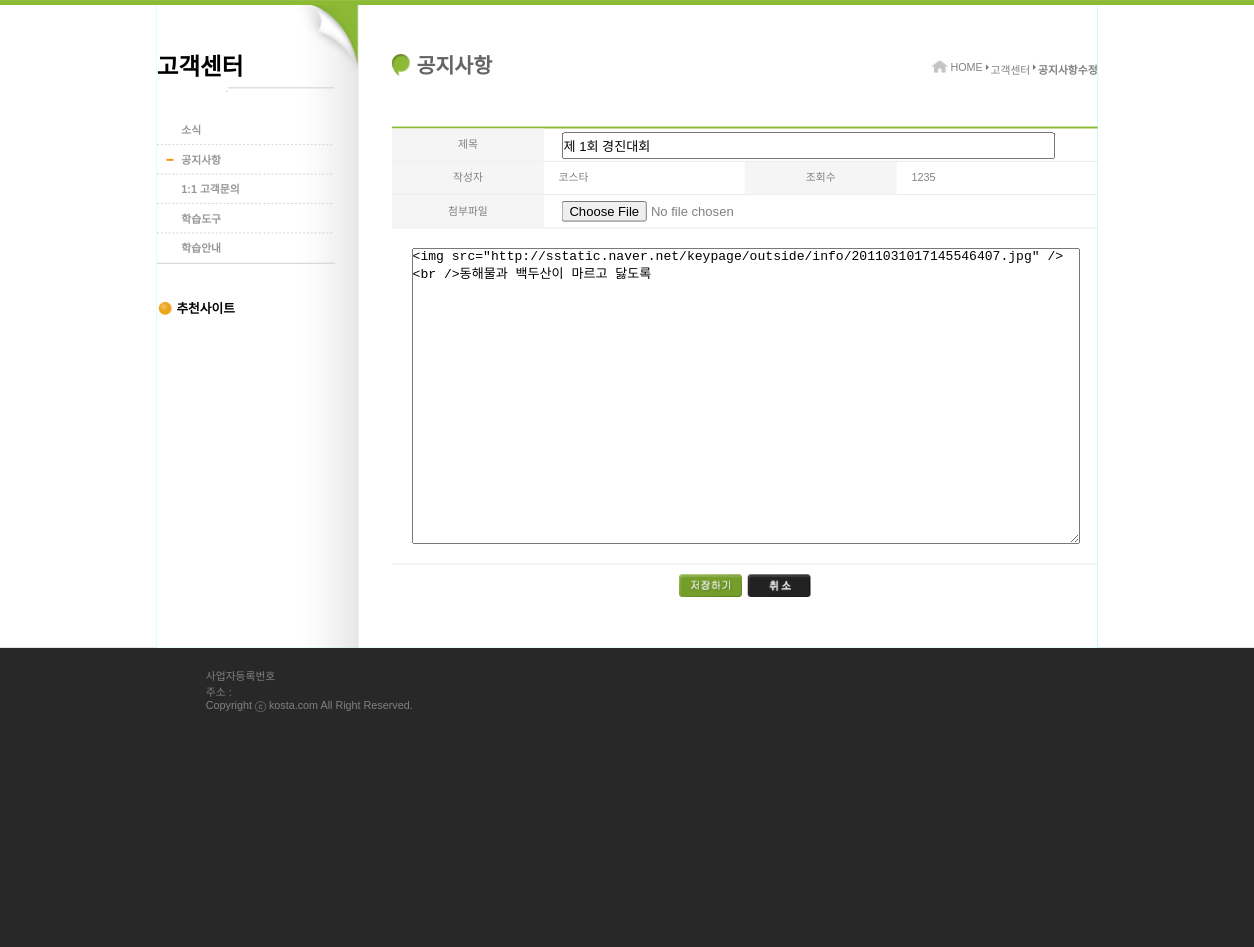
Repository: Ahn-Seung-ju/SpringLab
Page: http://localhost/SpringMVC_Basic04_WebSite_Annotation/customer/noticeEdit.jsp
These files come from the project's save history. The page is drawn as it stood at one moment and after the next save; the edit follows.
The browser window is 1280 px wide. The pictures show the part of the page from y = 245 to 1211 px (the page is 1211 px tall), at 98% of full size.
The page is served by Tomcat 9. Other server files are loaded and not shown.

Above is the page before, as saved 2021-05-07 02:16:21.

### SpringMVC_Basic04_WebSite_Annotation/WebContent/customer/noticeEdit.jsp
<%@ page language="java" contentType="text/html; charset=UTF-8"
    pageEncoding="UTF-8"%>
<!DOCTYPE html PUBLIC "-//W3C//DTD XHTML 1.0 Transitional//EN"
"http://www.w3.org/TR/xhtml1/DTD/xhtml1-transitional.dtd">

<html xmlns="http://www.w3.org/1999/xhtml" xml:lang="en" lang="en">
	<head>
		<meta http-equiv="Content-Type" content="text/html; charset=utf-8"/>
		<title>index</title>
		<link href="../css/customer.css" type="text/css" rel="stylesheet" />
	</head>
	<body>
		<div id="header">
			<div class="top-wrapper">
				<h1 id="logo"><a href="/"><img src="" alt="로고" /></a></h1>
				<h2 class="hidden">메인메뉴</h2>
				<ul id="mainmenu" class="block_hlist">
					<li>
						<a href="">kosta가이드</a>
					</li>
					<li>
						<a href="" >kosta과정</a>
					</li>
					<li>
						<a href="" >kosta</a>
					</li>
				</ul>
				<form id="searchform" action="" method="get">
					<fieldset>
						<legend class="hidden">
							과정검색폼
						</legend>
						<label for="query">과정검색</label>
						<input type="text" name="query" />
						<input type="submit" class="button" value="검색" />
					</fieldset>
				</form>
				<h3 class="hidden">로그인메뉴</h3>
				<ul id="loginmenu" class="block_hlist">
					<li>
						<a href="../index.jsp">HOME</a>
					</li>
					<li>
						<a href="../joinus/login.jsp">로그인</a>
					</li>
					<li>
						<a href="../joinus/join.jsp">회원가입</a>
					</li>
				</ul>
				<h3 class="hidden">회원메뉴</h3>
				<ul id="membermenu" class="clear">
					<li>
						<a href=""><img src="../images/menuMyPage.png" alt="마이페이지" /></a>
					</li>
					<li>
						<a href="notice.jsp"><img src="../images/menuCustomer.png" alt="고객센터" /></a>
					</li>
				</ul>
			</div>
		</div>
		<div id="visual" class="customer">
			<div class="top-wrapper">

			</div>
		</div>
		<div id="main">
			<div class="top-wrapper clear">
				<div id="content">
					<h2>공지사항</h2>
					<h3 class="hidden">방문페이지위치</h3>
					<ul id="breadscrumb" class="block_hlist">
						<li>HOME</li>
						<li>
							고객센터
						</li>
						<li>
							공지사항수정
						</li>
					</ul>
					<form action="" method="post">
					<div id="notice-article-detail" class="article-detail margin-large" >
						<dl class="article-detail-row">
							<dt class="article-detail-title">
								제목
							</dt>
							<dd class="article-detail-data">
								&nbsp;<input name="title" value="제 1회 경진대회 " />
							</dd>
						</dl>
						<dl class="article-detail-row half-row">
							<dt class="article-detail-title">
								작성자
							</dt>
							<dd class="article-detail-data half-data" >
								코스타
							</dd>
						</dl>
						<dl class="article-detail-row half-row">
							<dt class="article-detail-title">
								조회수
							</dt>
							<dd class="article-detail-data half-data">
								1235
							</dd>
						</dl>
						<dl class="article-detail-row">
							<dt class="article-detail-title">
								첨부파일
							</dt>
							<dd class="article-detail-data">
								&nbsp;<input type="file" id="txtFile" name="file" />
							</dd>
						</dl>

						<div class="article-content" >
							<textarea id="txtContent" class="txtContent" name="content"><img src="http://sstatic.naver.net/keypage/outside/info/2011031017145546407.jpg" /><br />동해물과 백두산이 마르고 닳도록
							</textarea>
						</div>
					</div>
					<p class="article-comment margin-small">
						<a class="btn-save button" href="noticeEditProc.jsp">수정</a>
						<a class="btn-cancel button" href="noticeDetail.jsp">취소</a>
					</p>
					</form>
				</div>
				<div id="navi">
					<h2>고객센터</h2>
					<h3 class="hidden">고객센터메뉴</h3>
					<ul id="navi-menu">
						<li>
							<a href="">소식</a>
						</li>
						<li>
							<a href="" class="current">공지사항</a>
						</li>
						<li>
							<a href="">1:1 고객문의</a>
						</li>
						<li>
							<a href="">학습도구</a>
						</li>
						<li>
							<a href="">학습안내</a>
						</li>
					</ul>
					<h3 id="fav-title">추천사이트</h3>
					<ul class="margin-small">
						<li>
							<a href=""><img src="" alt="" /></a>
						</li>
						<li>
							<a href=""><img src="" alt="" /></a>
						</li>
						<li>
							<a href=""><img src="" alt="" /></a>
						</li>
					</ul>
				</div>
			</div>
		</div>
		<div id="footer">
			<div class="top-wrapper">
				<h2><img src="" alt=""/></h2>
				<p>
					<address id="ad">
						사업자등록번호
						<br/>
						주소 :
					</address>
				</p>
				<p>
					Copyright ⓒ kosta.com All Right Reserved. </p>
			</div>
		</div>
	</body>
</html>

### SpringMVC_Basic04_WebSite_Annotation/WebContent/css/reset.css
@charset "utf-8";

/* 요소(element) 여백 초기화  */
html, body,
div, span,
dl, dt, dd, ul, ol, li,
h1, h2, h3, h4, h5, h6,
blockquote, p, address, pre, cite,
form, fieldset, input, textarea, select,
table, th, td {
	margin:0;
	padding:0;
	}

/* 제목요소 */
h1, h2, h3, h4, h5, h6 {
	font-size:100%;
	font-weight:normal;
	}

/* 테두리 없애기 */
fieldset, img, abbr,acronym { border:0 none; }

/* 목록 */
ol, ul { list-style:none; }

/* 테이블 - 마크업에 'cellspacing="0"' 지정 함께 필요 */
table {
	border-collapse: separate;
	border-spacing:0;
	border:0 none;
	}
caption, th, td {
	text-align:left;
	font-weight: normal;
}

/* 텍스트 관련 요소 초기화 */
address, caption, strong, em, cite {
	font-weight:normal;
	font-style:normal;
	}
ins { text-decoration:none; }
del { text-decoration:line-through; }

/* 인용문 */
blockquote:before, blockquote:after, q:before, q:after { content:""; }
blockquote,q { quotes:"" ""; }

/* 수평선*/
hr { display:none; }

### SpringMVC_Basic04_WebSite_Annotation/WebContent/css/base.css
body {
	color:#808080;
	font-size: 11px;
	font-family:"맑은 고딕", "고딕", sans-serif;
}

a{
	color:#979797;
	text-decoration: none;
}

.strong
{
	color:#fd7e00;
	font-weight: bold;
}

.hidden
{
	display: none !important;
}

.clear:after
{
	content:".";
	display:block;
	visibility:hidden;
	height:0px;
	clear:both;
}

.block_hlist:after
{
	content:".";
	display:block;
	visibility:hidden;
	height:0px;
	clear:both;
}

.block_hlist li
{
	display:block;
	float: left;
}

.block_hlist > li:first-child
{
	padding-left: 0px !important;
	background: none !important;
}

.margin-large
{
	margin-top: 49px;
}

 .margin-small
 {
 	margin-top: 10px;
 }

.pager{
	display: inline-block;
}

.pager p a,
.pager p span
{
	width:15px;
	height: 15px;
}

.pager p:first-child a,
.pager p:first-child span
{
	background: url("../images/btnPrev.png") no-repeat left top;
}

.pager p:last-child a,
.pager p:last-child span
{
	background: url("../images/btnNext.png") no-repeat left top;
}

.pager ul
{

}

.pager p,
.pager ul,
.pager li
{
	float:left;
}

.pager ul li
{
	margin-left: 3px;
	margin-right: 3px;
}

.pager ul li a:hover{
	text-decoration: underline;
}

.button{
	display:inline-block;
	border:0px;
	text-indent: -999px;
	overflow: hidden;
	cursor:pointer;
}

.btn-list {
    width: 64px;
    height: 23px;
    background: url("../images/buttons.png") no-repeat -71px 0px;
}

.btn-cancel{
	width: 64px;
    height: 23px;
    background: url("../images/buttons.png") no-repeat -184px 0px;
}

.btn-write{
	width: 71px;
    height: 23px;
    background: url("../images/buttons.png") no-repeat 0px 0px;
}

.btn-edit{
	width: 64px;
    height: 23px;
    background: url("../images/buttons.png") no-repeat -71px -23px;
}

.btn-del{
	width: 67px;
    height: 23px;
    background: url("../images/buttons.png") no-repeat -184px -23px;
}

.btn-save{
	width: 67px;
    height: 23px;
    background: url("../images/btnSave.png") no-repeat 0px 0px;
    vertical-align: top;
}

.article-search-form{
	height: 21px;
}

.article-search-form select,
.article-search-form input
{
	display: block;
	float: left;
	margin-left: 3px;
	height: 21px;
	line-height: 21px;
}
.article-search-form input[type="text"]
{
	border:1px solid #8CBA34;
	width:150px;
}
.article-search-form input[type="submit"]
{
	cursor:pointer;
	border:0px;
	text-indent: -999px;
	overflow: hidden;
	width:49px;
	height: 23px;
	background: url("../images/btnSearch.png") no-repeat left top;
}

#mainmenu li {
	font-size: 15px;
	font-weight: bold;
	padding-left: 24px;
	background: url("../images/bgMainMenuSp.png") no-repeat 12px center;
}

#mainmenu li a
{
	color:#000;
	text-decoration: none;
}

#mainmenu li a:hover
{
	color:#FD7E00;
}

#searchform{
	border:5px solid #8CBA34;
	width:308px;
	height: 25px;
}

#searchform label,#searchform input
{
	display: block;
	float: left;
	height: 25px;
	line-height: 25px;
	text-align: center;
}

#searchform label{
	font-weight: bold;
	width:60px;
}

#searchform input[type="text"]
{
	border:0px;
	width:217px;
	text-align: left;
	font-weight: bold;
	color:#646464;
}

#searchform input[type="submit"]
{
	float:right;
	background: url(../images/btnZoom.png) no-repeat left top;
	border-left:1px solid #8CBA34;
	width:31px;
	cursor: pointer;
}

#loginmenu li
{
	font-size:10px;
	font-weight:bold;
	float:left;
	padding-left: 9px;
	background: url("../images/bgLoginMenuSp.png") no-repeat 5px center;
}

#loginmenu li a{
	color:#979797;
	text-decoration: none;
}

#loginmenu li a:hover{
	color:#979797;
	text-decoration: underline;
}

#membermenu li
{
	float:left;
}

#navi h2{
	font-size:24px;
	color:#000;
	font-weight: bold;
	padding-top:43px;
}

#navi-menu
{
	width:182px;
	font-weight: bold;
}

#navi-menu li
{
	height: 30px;
	line-height: 30px;
	background: url(../images/imgHSpLine.png) no-repeat left bottom;
}

#navi-menu li:last-child
{
	background: none;
	border-bottom: 1px solid #CECECE;
}

#navi-menu li a
{
	display:block;
	text-indent: 25px;
}

#navi-menu li a:hover
{
	background: url(../images/iconCurrent.png) no-repeat 10px center;
}

#navi-menu li a.current
{
	background: url(../images/iconCurrent.png) no-repeat 10px center;
}


#fav-title
{
	text-indent:20px;
	font-size:13px;
	font-weight:bold;
	color:#000000;
	background: url(../images/iconFavorite.png) no-repeat left center;
}


#content h2
{
	color:#646464;
	display:inline;
	font-weight:bold;
	font-size: 21px;
	padding-left: 25px;
	background: url("../images/iconTitle.png") no-repeat left center;
}

#breadscrumb li
{
	float: left;
	padding-left: 8px;
	background: url("../images/iconPath.png") no-repeat left 0px;
}

#breadscrumb li:first-child
{
	padding-left: 20px !important;
	background: url("../images/iconHome.png") no-repeat left center !important;
}

#breadscrumb li:last-child
{
	font-weight: bold;
}

.article-list
{
	border-spacing:0px;
 	padding:0px;
	border-collapse:collapse;
	width:720px;
	border-top: 2px solid #8CBA34;
}

.article-list thead{
	background: #f5f5f5;
}

.article-list tr
{
	height: 30px;
	line-height: 30px;
}

.article-list th,
.article-list td
{
	border-bottom: 1px solid #e9e9e9;
	text-align: center;
	display:block;
	float:left;
	padding:0px;
	white-space: nowrap;
	overflow: hidden;
	text-overflow: ellipsis;
}

.article-list th
{
	background: url("../images/bgSpTitle.png") no-repeat left center;
}
.article-list th:first-child
{
	background: none;
}

.seq{
	width:60px;
}

.title{
	width:400px;
}

td.title{
	text-align: left;
	text-indent: 5px;
}

td.title a:hover{
	text-decoration: underline;
}

.writer
{
	width:100px;
}

.regdate
{
	width:100px;
}

.hit{
	width:60px;
}

.article-detail
{
	width:720px;
	border-top: 2px solid #8CBA34;
}

.article-detail-row
{
	height: 33px;
	line-height: 33px;
	border-bottom: 1px solid #E9E9E9;
	clear: both;
}

.article-detail-title
{
	width:155px;
	background: #f5f5f5;
	text-align:center;
	float:left;
}

.article-detail-data
{
	width:565px;
	text-indent: 15px;
	float:left;
}

.half-row
{
	width:360px;
	float:left;
	clear:none;
}

.half-data
{
	width:205px;
}

.article-content
{
	clear:left;
	padding: 20px;
	border-bottom:1px solid rgb(233,233,233);
}

.article-comment
{
	text-align: center;
}

.article-detail input
{
	height: 23px;
	width:500px;
	vertical-align: middle;
}

.article-detail textarea
{
	width:680px;
	min-height: 300px;
}

### SpringMVC_Basic04_WebSite_Annotation/WebContent/css/layout.css

/*----------------------------*/
/*
 * 레이아웃을 위한 공통 스타일
 */

.top-wrapper {
	position:relative;
	width: 960px;
	height: inherit;
	margin-left: auto;
	margin-right: auto;
}

/*-------------------------------------------
 * 헤더 레이아웃 스타일
 * */

#header {
	height: 70px;
}

#header > .top-wrapper > *
{
	position: absolute;
}

#logo{
	left:0px;
	top:23px;
}

#mainmenu{
	left:200px;
	top:27px;
}

#searchform{
	left:468px;
	top:21px;
}

#loginmenu{
	right:0px;
	top:20px;
}

#membermenu{
	right:0px;
	top:40px;
}

/*---------------------------------------*//*
	visual layout
*/

#visual {
	background:#282828 url("../images/bgVisual.png") no-repeat center;
	height: 171px;
	border-top: 3px solid #8CBA34;
	border-bottom: 1px solid #ffffff;
}

#visual.customer > div.top-wrapper
{
	background:url("../customer/images/visual.png") no-repeat center;
	height: 171px;
}

#visual.joinus > div.top-wrapper
{
	background:url("../joinus/images/visual.png") no-repeat center;
	height: 171px;
}
/*-------------------------------------
 	Main layout
 * */
#main {
	border-top: 5px solid #8CBA34;
}

#main  .top-wrapper
{
	background: #0ff url("../images/bgContent.png") repeat-y 0px 0px;
}

#content {
	float: right;
	width: 720px; /*755-35*/
	padding-left:35px;
	padding-top:45px;
	padding-bottom:50px;
	position:relative;
}

#breadscrumb{
	position: absolute;
	top:57px;
	right: 0px;
}

#content-searchform
{
	margin-top:49px;
	text-align: right;
}

#content-searchform fieldset
{
	display: inline-block;
}

#cur-page{
	text-align: right;
}

#pager-wrapper
{
	text-align: center;
}

/*----------------------------------------
  	Navigation layout
 * */

#navi {
	width: 205px;
	float: left;
	background: url("../images/bgNaviTitle.png") no-repeat 0px 0px;
	padding-bottom: 50px;
}

#navi-menu
{
	margin-top:35px;
}

#fav-title
{
	margin-top: 35px;
}

/*=========== footer =====================================================================================*/

#footer {
	padding: 20px;
	background: #282828;
	height: 265px;
	clear: both;
}

#footer h2{
	float:left;
}

#footer h2 + p
{
	font-weight:bold;
	float: left;
	margin-left: 50px;
	height: 100px;
	margin-bottom: 10px;
}

#footer h2 + p + p
{
	clear:left;
    display: block;
	color:#969696;
	font-weight: bold;
	font-size: 11px;
}

Loaded but not shown: SpringMVC_Basic04_WebSite_Annotation/WebContent/css/customer.css (common file)

After the next save:
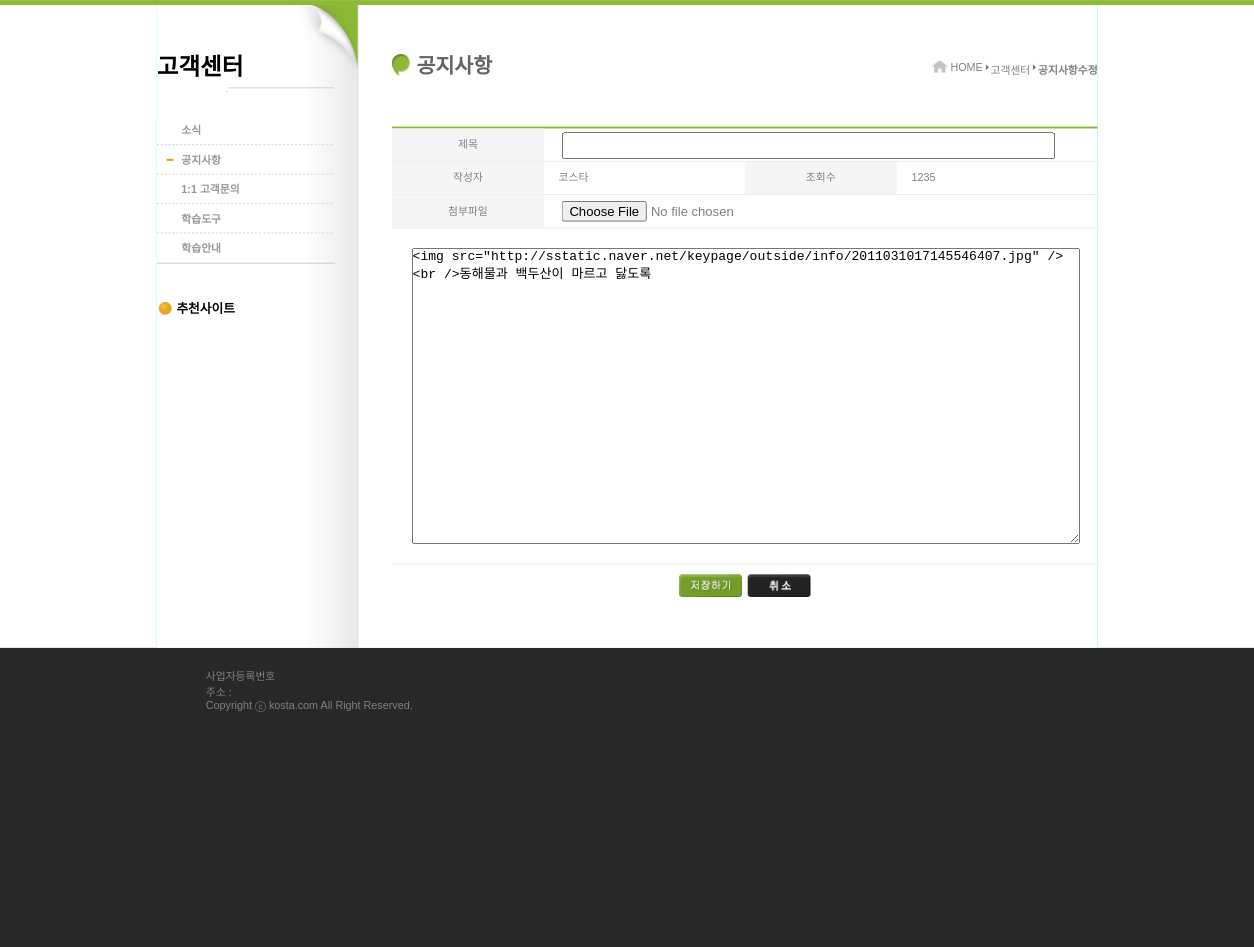
Saved 97 s later.
--- a/SpringMVC_Basic04_WebSite_Annotation/WebContent/customer/noticeEdit.jsp
+++ b/SpringMVC_Basic04_WebSite_Annotation/WebContent/customer/noticeEdit.jsp
@@ -84,7 +84,7 @@
 								제목
 							</dt>
 							<dd class="article-detail-data">
-								&nbsp;<input name="title" value="제 1회 경진대회 " />
+								&nbsp;<input name="title" value="${notice.title }" />
 							</dd>
 						</dl>
 						<dl class="article-detail-row half-row">
